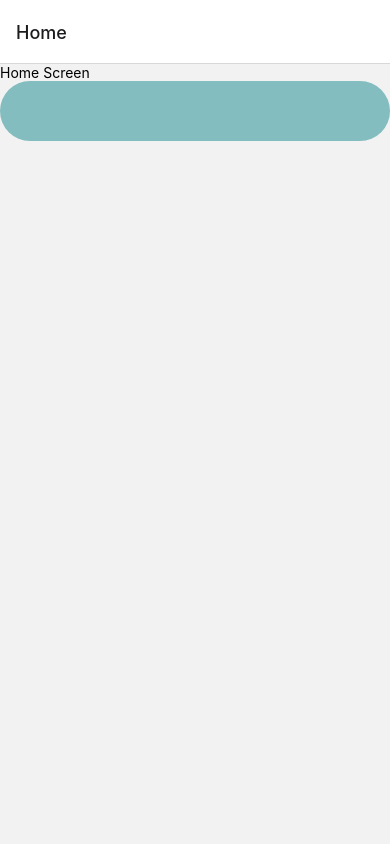
Repository: itadori17/MovieApi
Screen: /
These files come from the project's save history. The screen is drawn as it stood at one moment and after a run of saves; the edit follows.
The app was drawn by React Native's web renderer in a window 390 px wide. The project was rebuilt for these pictures with package versions that can differ from the ones it lists, and the page was loaded fresh each time. Also part of the build but not shown: src/Screens/MovieFinder.js.

Above is the screen before, as saved 2022-08-22 09:36:39.

After the next 2 saves:
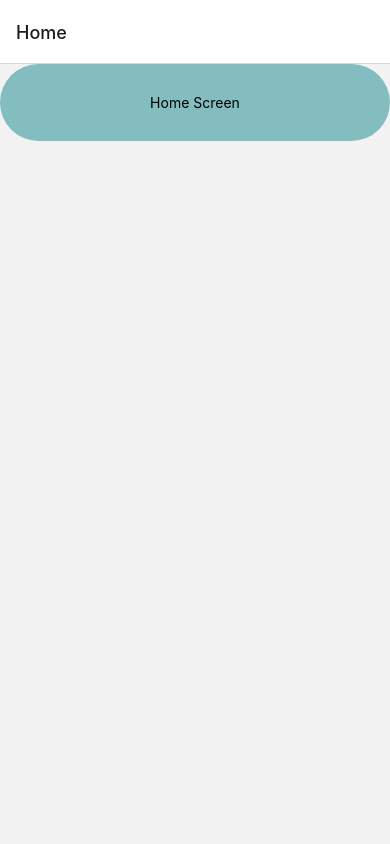
The 2 saves are shown as one change because they came seconds apart.
The last was saved 11 s later.
--- a/src/Screens/HomeSreen.js
+++ b/src/Screens/HomeSreen.js
@@ -6,13 +6,13 @@ const HomeSreen = () => {
     const navigation = useNavigation();
   return (
     <View>
-      <Text>Home Screen</Text>
+
       <TouchableOpacity
         style={styles.button}
 
         onPress={() => navigation.navigate('MovieFinder')}
      >
-
+        <Text>Home Screen</Text>
      </TouchableOpacity>
     </View>
   )
